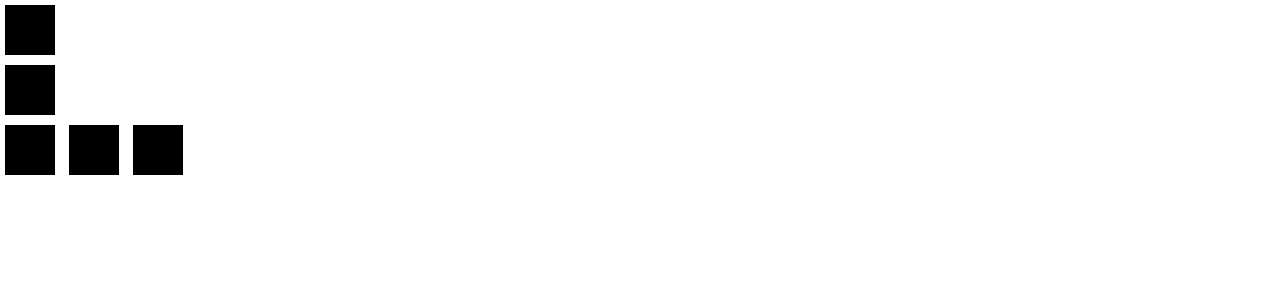
Repository: sokafootball/etch-a-sketc
Page: index.html
An editor plug-in stored every save of this project. The page is shown before and after the next save, followed by the edit.
The browser window is 1280 px wide. The pictures show the whole page.

Above is the page before, as saved 2020-04-16 20:43:27.

After the next save:
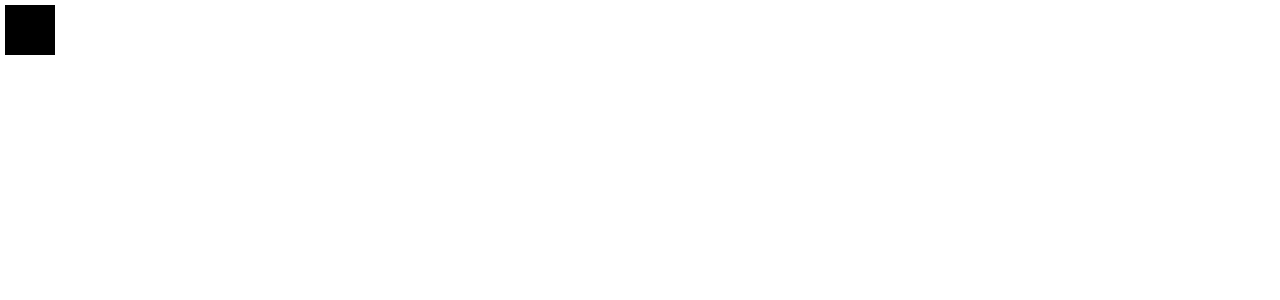
Saved 17 s later.
--- a/index.html
+++ b/index.html
@@ -5,11 +5,6 @@
 </head>
 <body>
 <div id="grid-div"></div>
-<div class="cell"></div>
-<div></div>
-<div class="cell"></div>
-<div class="cell"></div>
-<div class="cell"></div>
 <script type="text/javascript" src="script.js"></script>
 </body>
 </html>
